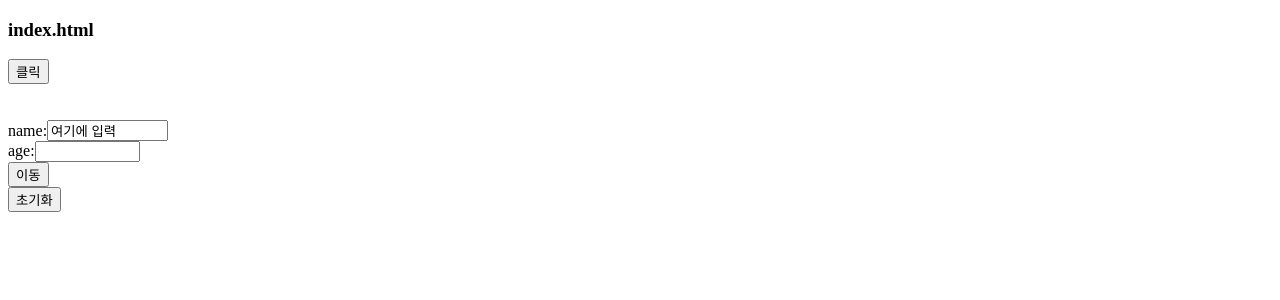
Repository: Jv2020/bitcamp
Page: html/sample04/WebContent/index.html
The author's editor kept a copy of each file at every save. The page is drawn from the files as they stood at one save, then again after the next save.
The browser window is 1280 px wide. The pictures show the whole page.

Above is the page before, as saved 2020-01-03 02:07:47.

### html/sample04/WebContent/index.html
<!DOCTYPE html>
<html>
<head>
<meta charset="UTF-8">
<title>Insert title here</title>
</head>
<body>

<!--
	link -> anchor <a href="이동하고 싶은 파일 또는 URL">표시문자열 이미지</a>
-->

<!--

form
event resource와 같이 많이 사용.
입력데이터 등을 전송할 수 있다.

	id		: # 현재 페이지에서 1개만 인식 (중복x), JacaScript(=JQery)
	class	: . 다중 인식. CSS()
	name	: link용. 값을 전송. 변수의 역할

-->


<!--

<form action="이동하고 싶은 파일 또는 주소 or 파일명"> submit
	입력 리소스
	<input type="submit" value="클릭">
</form>

-->
<h3>index.html</h3>
<form action="NewFile.html">
	<input type="submit" value="클릭">
</form>

<br><br>

<!--
	input : button(submit), checkbox, radio, textfield ...
-->
<form action="NewFile.html">
   name:<input type="text" value="여기에 입력" size="12">
   <br>
   age:<input type="text" value="" size="10">
   <br>
   <input type="submit" value="이동">
   <br>
   <input type="reset" value="초기화">
</form>


</body>
</html>

After the next save:
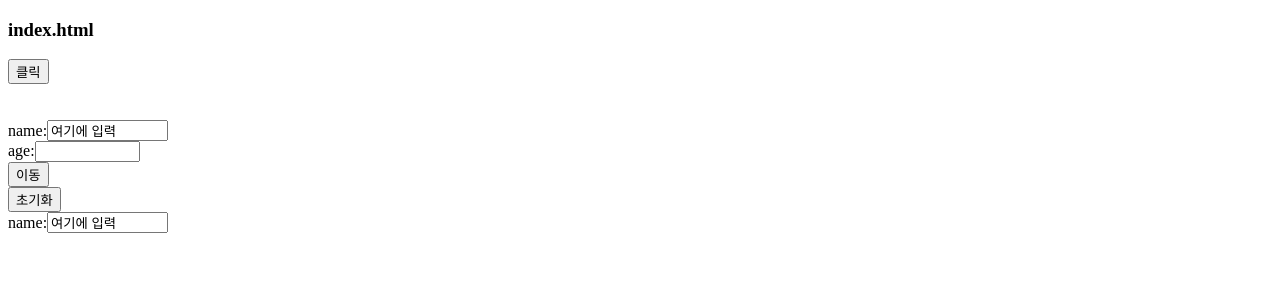
Saved 97 s later.
--- a/html/sample04/WebContent/index.html
+++ b/html/sample04/WebContent/index.html
@@ -51,6 +51,8 @@ event resource와 같이 많이 사용.
    <input type="reset" value="초기화">
 </form>
 
+name:<input type="text" value="여기에 입력" size="12">
+
 
 </body>
 </html>
